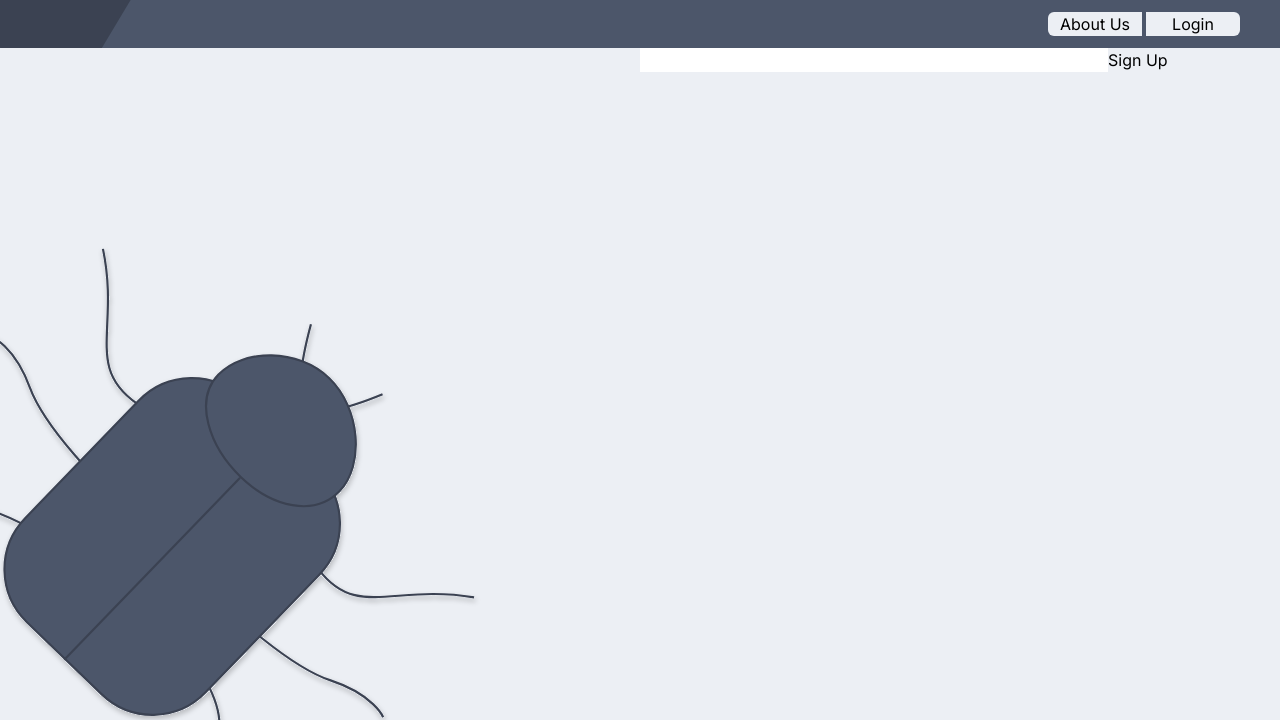
Repository: Qu4ntumGuy/project-bug
Page: /signup
The author's editor kept a copy of each file at every save. The page is drawn from the files as they stood at one save, then again after the next save.
The browser window is 1280 px wide. The pictures show the whole page.
The project was rebuilt for these pictures with package versions that can differ from the ones it lists, and the page was loaded fresh each time. The framework's server and built-in components were replaced by stand-ins that run in the browser. Also part of the build but not shown: next.config.mjs, src/components/Diamond.module.css, src/components/Navbar.js.

Above is the page before, as saved 2024-02-13 23:38:50.

### src/app/layout.js
import { Inter } from "next/font/google";
import "./globals.css";

const inter = Inter({ subsets: ["latin"] });

export default function RootLayout({ children }) {
  return (
    <html lang="en">
      <head>
        <title>Project-bug</title>
        <meta name="description" content="Description goes here." />
        <link rel="preconnect" href="https://fonts.googleapis.com" />
        <link rel="preconnect" href="https://fonts.gstatic.com" crossorigin />
        <link
          href="https://fonts.googleapis.com/css2?family=Fira+Code:wght@300;400;500;600&display=swap"
          rel="stylesheet"
        />
      </head>
      <body className={inter.className}>{children}</body>
    </html>
  );
}

### src/app/signup/layout.js
"use client";
import Navbar from "@/components/Navbar";
import Image from "next/image";
import reactangle from "../../../public/Rectangle 5.svg";

export default function Signup({ children }) {
  //   const { data: session, status } = useSession();

  return (
    <>
      <nav className="h-[10%] relative w-full z-10 bg-[#4C566A] flex justify-end">
        <div className="absolute flex -left-1 -top-1">
          <Image
            src={reactangle}
            alt="reactangle"
            height={52}
            className=" rounded-md"
          />
        </div>
        <div className="flex m-3 w-48 mr-10 justify-between">
          <div className="flex cursor-pointer bg-[#ECEFF4] w-full mr-1 rounded-l-md items-center justify-center align-middle">
            <button className="" onClick={() => signupHandler}>
              About Us
            </button>
          </div>
          <div className="flex bg-[#ECEFF4] cursor-pointer w-full rounded-r-md items-center justify-center align-middle">
            <button onClick={() => loginHandler}>Login</button>
          </div>
        </div>
      </nav>
      <div className="w-full overflow-hidden">{children}</div>
    </>
  );
}

### src/app/signup/page.js
import Image from "next/image";
import bug from "../../../public/Bug.svg";

export default function Signup() {
  return (
    <div className="flex justify-between">
      <div className="w-full">
        <Image
          className=" absolute left-0 bottom-0"
          height={550}
          src={bug}
          alt="bug"
        />
      </div>
      <div className="w-full">
        <form className="">
          <input type="text" />
          <input type="email" />
          <button>Sign Up</button>
        </form>
      </div>
    </div>
  );
}

### src/app/globals.css
@tailwind base;
@tailwind components;
@tailwind utilities;

/* :root {
  --foreground-rgb: 0, 0, 0;
  --background-start-rgb: 214, 219, 220;
  --background-end-rgb: 255, 255, 255;
} */

/* @media (prefers-color-scheme: dark) {
  :root {
    --foreground-rgb: 255, 255, 255;
    --background-start-rgb: 0, 0, 0;
    --background-end-rgb: 0, 0, 0;
  }
} */

body {
  color: rgb(var(--foreground-rgb));
  background: rgba(236, 239, 244, 1);
  font-family: 'Fira Code', monospace;
}

@font-face {
  font-family: "Fira Code";
  src: url("../../public/font/FiraCode-VariableFont_wght.ttf")
    format("truetype");
}


/* @layer utilities {
  .text-balance {
    text-wrap: balance;
  }
} */

Loaded but not shown: tailwind.config.js (common file)

After the next save:
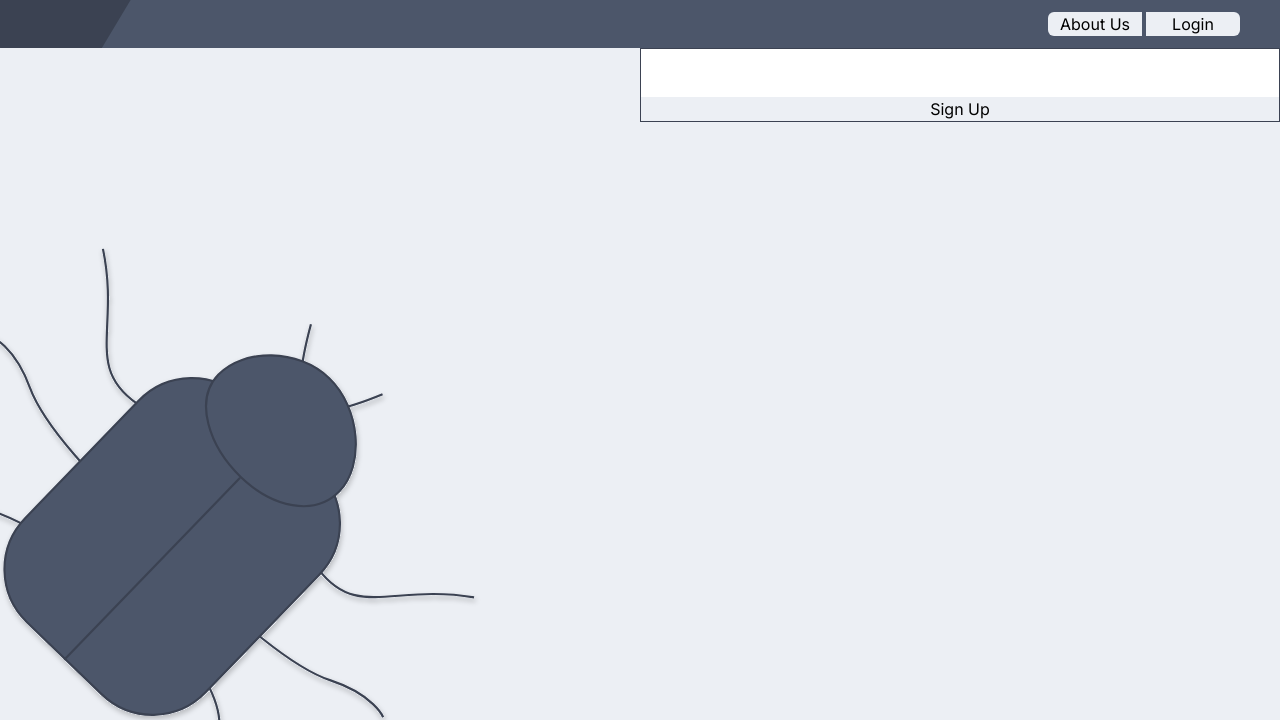
Saved 89 s later.
--- a/src/app/signup/page.js
+++ b/src/app/signup/page.js
@@ -13,7 +13,7 @@ export default function Signup() {
         />
       </div>
       <div className="w-full">
-        <form className="">
+        <form className="flex flex-col border border-[#3B4252]">
           <input type="text" />
           <input type="email" />
           <button>Sign Up</button>
